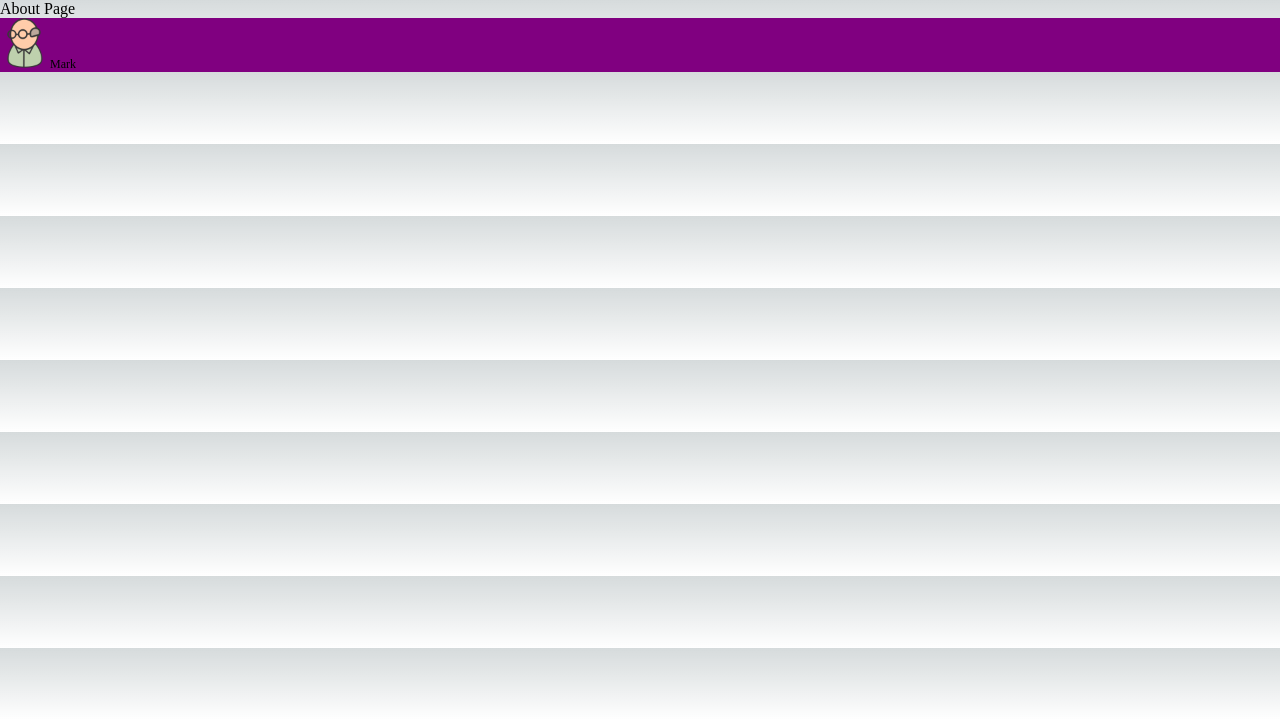
Repository: TeoEstrada9/Week-3-example
Page: /about
An editor plug-in stored every save of this project. The page is shown before and after the next save, followed by the edit.
The browser window is 1280 px wide. The pictures show the whole page.
The project was rebuilt for these pictures with package versions that can differ from the ones it lists, and the page was loaded fresh each time. The framework's server and built-in components were replaced by stand-ins that run in the browser. Also part of the build but not shown: next.config.js.

Above is the page before, as saved 2023-01-19 17:52:55.

### pages/about.js
import data from '../Data/employees.json'
import { useState } from 'react';
import Card from '../Components/Employees'

export default function About() {
    console.log(data);
  const [information, setInformation] = useState([...data])

    return (
        <>About Page
          {information && information.map((info, index) => {
            if(info.employeeName === "Mark")
            return(
              <Card key={index} name={info.employeeName} colour="purple" font="12px"/>
            )

          })}

        </>
    )


}

### styles/globals.css
:root {
  --max-width: 1100px;
  --border-radius: 12px;
  --font-mono: ui-monospace, Menlo, Monaco, 'Cascadia Mono', 'Segoe UI Mono',
    'Roboto Mono', 'Oxygen Mono', 'Ubuntu Monospace', 'Source Code Pro',
    'Fira Mono', 'Droid Sans Mono', 'Courier New', monospace;

  --foreground-rgb: 0, 0, 0;
  --background-start-rgb: 214, 219, 220;
  --background-end-rgb: 255, 255, 255;

  --primary-glow: conic-gradient(
    from 180deg at 50% 50%,
    #16abff33 0deg,
    #0885ff33 55deg,
    #54d6ff33 120deg,
    #0071ff33 160deg,
    transparent 360deg
  );
  --secondary-glow: radial-gradient(
    rgba(255, 255, 255, 1),
    rgba(255, 255, 255, 0)
  );

  --tile-start-rgb: 239, 245, 249;
  --tile-end-rgb: 228, 232, 233;
  --tile-border: conic-gradient(
    #00000080,
    #00000040,
    #00000030,
    #00000020,
    #00000010,
    #00000010,
    #00000080
  );

  --callout-rgb: 238, 240, 241;
  --callout-border-rgb: 172, 175, 176;
  --card-rgb: 180, 185, 188;
  --card-border-rgb: 131, 134, 135;
}

@media (prefers-color-scheme: dark) {
  :root {
    --foreground-rgb: 255, 255, 255;
    --background-start-rgb: 0, 0, 0;
    --background-end-rgb: 0, 0, 0;

    --primary-glow: radial-gradient(rgba(1, 65, 255, 0.4), rgba(1, 65, 255, 0));
    --secondary-glow: linear-gradient(
      to bottom right,
      rgba(1, 65, 255, 0),
      rgba(1, 65, 255, 0),
      rgba(1, 65, 255, 0.3)
    );

    --tile-start-rgb: 2, 13, 46;
    --tile-end-rgb: 2, 5, 19;
    --tile-border: conic-gradient(
      #ffffff80,
      #ffffff40,
      #ffffff30,
      #ffffff20,
      #ffffff10,
      #ffffff10,
      #ffffff80
    );

    --callout-rgb: 20, 20, 20;
    --callout-border-rgb: 108, 108, 108;
    --card-rgb: 100, 100, 100;
    --card-border-rgb: 200, 200, 200;
  }
}

* {
  box-sizing: border-box;
  padding: 0;
  margin: 0;
}

html,
body {
  max-width: 100vw;
  overflow-x: hidden;
}

body {
  color: rgb(var(--foreground-rgb));
  background: linear-gradient(
      to bottom,
      transparent,
      rgb(var(--background-end-rgb))
    )
    rgb(var(--background-start-rgb));
}

a {
  color: inherit;
  text-decoration: none;
}



@media (prefers-color-scheme: dark) {
  html {
    color-scheme: dark;
  }
}



.title1 {
  font-size: 15px;
  font-family: var(--font-mono);

}
.title2 {
  font-size: 15px;
  font-family: var(--font-mono);

}

.Home_grid__GxQ85 {
  margin: auto;
}

.about-button > p {
  background-color: red;

}

main {
  background-image: url("https://images.unsplash.com/photo-1671957949297-348482748863?ixlib=rb-4.0.3&ixid=MnwxMjA3fDB8MHxwaG90by1wYWdlfHx8fGVufDB8fHx8&auto=format&fit=crop&w=1740&q=80");
}

### Data/employees.json
[

    {
        "employeeName": "Mark",
        "wage": 45000,
        "jobTitle": "UI Designer",
        "yearWorked": 2
    },

    {
        "employeeName": "Maya",
        "wage": 35000,
        "jobTitle": "Marketer",
        "yearWorked": 5
    },

    {
        "employeeName": "James",
        "wage": 65000,
        "jobTitle": "Programmer",
        "yearWorked": 10

    }

]

### Components/Employees/index.js
export default function Card({
    name = "none",
    colour = "purple",
    font = "0",
    image = "icon/personTwo.png"
}) {
    return (
        <div style={{backgroundColor: colour, fontSize: font}}>
            {
                colour === "green" ? <img src={'icon/person.png'}width="50"/> :
                colour === "purple" ? <img src={'icon/personThree.png'}width="50"/> :
                                    <img src={'icon/person.png'}width="50"/>
            }
            {name}

        </div>
    )
}

Loaded but not shown: pages/_app.js (common file); pages/_document.js (common file)

After the next save:
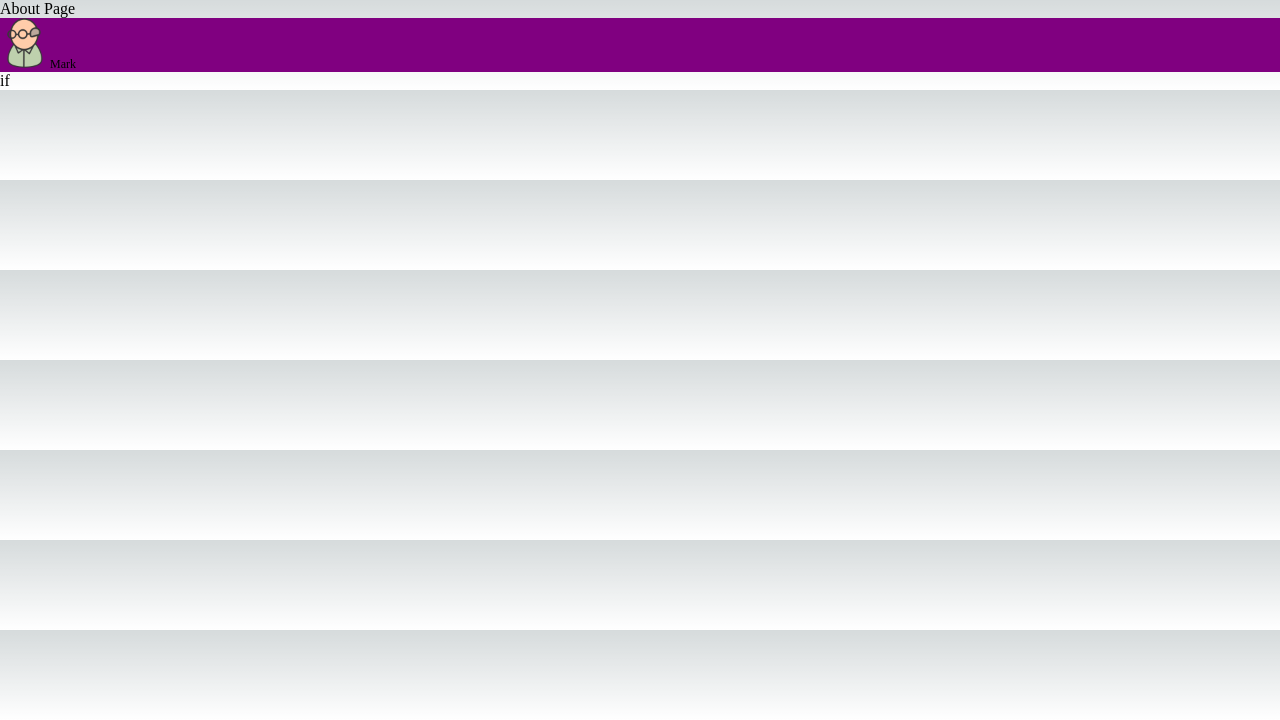
Saved 4 s later.
--- a/pages/about.js
+++ b/pages/about.js
@@ -15,7 +15,7 @@ export default function About() {
             )
 
           })}
-
+          if
         </>
     )
 
